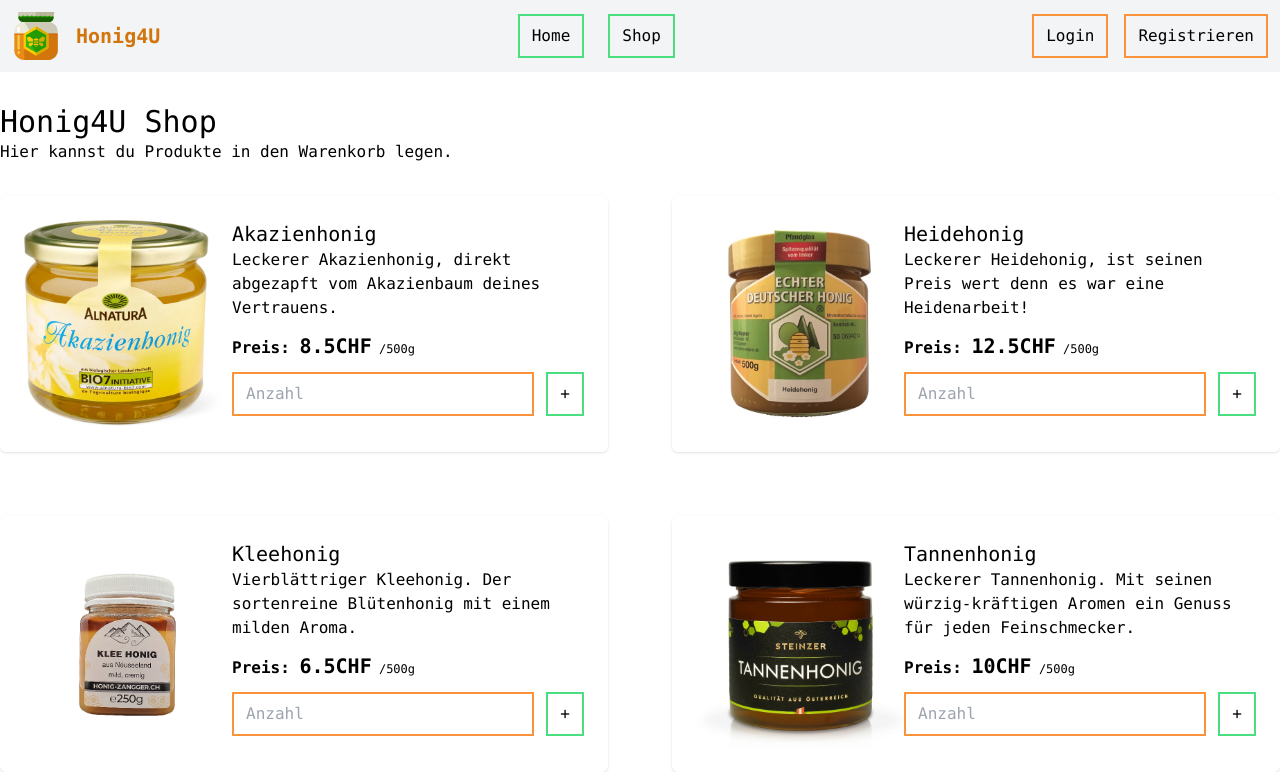
Repository: cainytheslave/PHPHonigShop
Page: http://localhost/shop.php
The author's editor kept a copy of each file at every save. The page is drawn from the files as they stood at one save, then again after the next save.
The browser window is 1280 px wide. The pictures show the whole page.
The page is run by PHP 8.4 with error messages shown; the project is at /var/www/html/. Style sheets and scripts are compiled from the project's sources, by tool versions that may differ from the author's.

Above is the page before, as saved 2022-03-11 02:10:26.

### shop.php
<?php
// Session starten
session_start();

// Produktdaten holen
$produkte = require('core/produkte.php');
$einstellungen = require('core/einstellungen.php');

// Warenkorb erstellen wenn noch nicht passiert
if (!isset($_SESSION['warenkorb'])) {
    $_SESSION['warenkorb'] = [];
}

// Lauschen ob etwas in den Warenkorb gelegt wurde
foreach ($produkte as $id => $produkt) {
    if (isset($_POST[$id])) {
        if (isset($_POST['count'])) {
            if (is_numeric($_POST['count'])) {
                $vorherigerStand = 0;
                if (isset($_SESSION['warenkorb'][$id])) {
                    $vorherigerStand = $_SESSION['warenkorb'][$id];
                }
                $_SESSION['warenkorb'][$id] = intval($_POST['count']) + $vorherigerStand;

                $success = ['Super! ' . $_POST['count'] . ' Gläser ' . $produkt['name'] . ' wurden in den Warenkorb gelegt.'];
            } else {
                $errors = ['Die Anzahl muss eine Zahl sein.'];
            }
        } else {
            $errors = ['Das Feld Anzahl muss ausgefüllt werden.'];
        }
    }
}

?>


<!DOCTYPE html>
<html lang="en">

<head>
    <meta charset="UTF-8">
    <meta http-equiv="X-UA-Compatible" content="IE=edge">
    <meta name="viewport" content="width=device-width, initial-scale=1.0">
    <title><?= $einstellungen['firma'] ?> Shop</title>

    <?php include('includes/head.inc.php') ?>
</head>

<body class="font-mono">

    <?php include('includes/header.inc.php') ?>

    <main class="px-6 mx-auto max-w-7xl lg:px-0">

        <!-- Erfolgsmeldungen -->
        <?php if (isset($success)) echo Komponente::alert(false, $success) ?>

        <!-- Fehlermeldungen -->
        <?php if (isset($errors)) echo Komponente::alert(true, $errors) ?>

        <!-- Titel -->
        <section class="my-8">
            <h1 class="text-3xl">Honig4U Shop</h1>
            <p>Hier kannst du Produkte in den Warenkorb legen.</p>
        </section>

        <!-- Produkte -->
        <section class="grid gap-8 lg:grid-cols-2 md:gap-16">
            <?php foreach ($produkte as $id => $produkt) : ?>
                <div class="flex flex-col p-6 bg-white rounded-md shadow sm:flex-row hover:scale-105">
                    <img src="images/<?= $id ?>.png" class="object-contain w-52 h-52" alt="">
                    <div>
                        <h2 class="text-xl"><?= $produkt['name'] ?></h2>
                        <p><?= $produkt['beschreibung'] ?></p>
                        <p class="mt-3 font-semibold">Preis: <span class="text-xl"><?= $produkt['preis'] ?>CHF</span><span class="text-xs font-thin"> /500g</span></p>
                        <form class="flex items-stretch gap-3 mt-3" action="" method="POST">
                            <?= Komponente::input('number', 'Anzahl', 'count') ?>
                            <?= Komponente::button('+', $id, 'green') ?>
                        </form>
                    </div>
                </div>
            <?php endforeach; ?>
        </section>

    </main>
</body>

</html>

### core/produkte.php
<?php

return [
    'akazie' => [
        'name' => 'Akazienhonig',
        'beschreibung' => 'Leckerer Akazienhonig, direkt abgezapft vom Akazienbaum deines Vertrauens.',
        'preis' => 8.5
    ],
    'heide' => [
        'name' => 'Heidehonig',
        'beschreibung' => 'Leckerer Heidehonig, ist seinen Preis wert denn es war eine Heidenarbeit!',
        'preis' => 12.5
    ],
    'klee' => [
        'name' => 'Kleehonig',
        'beschreibung' => 'Vierblättriger Kleehonig. Der sortenreine Blütenhonig mit einem milden Aroma.',
        'preis' => 6.5,
    ],
    'tannen' => [
        'name' => 'Tannenhonig',
        'beschreibung' => 'Leckerer Tannenhonig. Mit seinen würzig-kräftigen Aromen ein Genuss für jeden Feinschmecker.',
        'preis' => 10
    ]
];

### core/einstellungen.php
<?php

return [
    'firma' => 'Honig4U'
];

### includes/head.inc.php
<!-- Styling -->
<link rel="stylesheet" href="style.css">

<!-- AlpineJS (Javascript Framework für Mobiles Menu https://alpinejs.dev) -->
<script defer src="https://unpkg.com/alpinejs@3.x.x/dist/cdn.min.js"></script>

### includes/header.inc.php
<?php

require('core/Komponente.php');
$einstellungen = require('core/einstellungen.php');

?>

<!-- Header -->
<header class="w-full bg-gray-100" x-data="{open: false}">
    <!-- Desktop -->
    <div class="flex items-center justify-between px-3 py-3 mx-auto max-w-7xl">

        <!-- Logo -->
        <div class="flex items-center gap-4">
            <img src="images/logo.svg" class="w-12 h-12" alt="Logo">
            <p class="text-xl font-semibold text-honey"><?= $einstellungen['firma'] ?></p>
        </div>

        <!-- Navigation-->
        <div class="items-center hidden gap-6 sm:flex">
            <?= Komponente::link('Home', 'index.php', 'green') ?>
            <?= Komponente::link('Shop', 'shop.php', 'green') ?>
        </div>

        <!-- Warenkorb / Login -->
        <div class="flex items-center gap-4">
            <?php if (isset($_SESSION['user'])) : ?>

                <?= Komponente::link('<img src="images/basket.svg" class="w-8 h-8" alt="">', 'warenkorb.php') ?>

                <?= Komponente::link('<img src="images/logout.svg" class="w-8 h-8" alt="">', 'logout.php?to=login.php') ?>
            <?php else : ?>
                <?= Komponente::link('Login', 'login.php') ?>
                <?= Komponente::link('Registrieren', 'registrierung.php') ?>
            <?php endif; ?>
        </div>

        <!-- Mobile Trigger -->
        <img @click="open = !open" src="images/menu.svg" class="block w-10 h-10 sm:hidden" alt="">
    </div>

    <!-- Mobile Menu -->
    <div class="flex flex-col gap-3 px-3 border-t-2 sm:hidden" x-show="open" style="display:none">
        <!-- Navigation-->
        <?= Komponente::link('Home', 'index.php', 'green') ?>
        <?= Komponente::link('Shop', 'shop.php', 'green') ?>
    </div>
</header>

### core/Komponente.php
<?php

class Komponente
{

    static function link($text = "", $href = "", $border = "orange")
    {
        $classes = "text-center px-3 py-2 border-2 hover:bg-gray-200 active:scale-95 hover:scale-105 border-$border-400";
        return "<a href='$href' class='$classes'>$text</a>";
    }

    static function button($text = "", $name = "", $border = "orange")
    {
        $classes = "text-center cursor-pointer px-3 py-2 border-2 hover:bg-gray-200 active:scale-95 hover:scale-105 border-$border-400";
        return "<input type='submit' name='$name' class='$classes' value='$text' />";
    }

    static function input($type = "text", $placeholder = '', $name = '', $required = 'true')
    {
        $classes = "flex-1 text-left px-3 py-2 border-2 active:scale-95 border-orange-400";
        return "<input type='$type' name='$name' required='$required' class='$classes' placeholder='$placeholder' />";
    }

    static function alert($error = true, $data)
    {
        if (count($data) <= 0) return '';

        $str = '<section class="w-full p-4 mx-auto mt-4 bg-green-300 border-2 border-green-500 shadow-xl">';
        if ($error) $str = '<section class="w-full p-4 mx-auto mt-4 bg-red-300 border-2 border-red-500 shadow-xl">';

        foreach ($data as $entry) {
            $str .= '<p class="text-lg font-semibold">' . $entry . '</p>';
        }

        $str .= '</section>';

        return $str;
    }
}

### tailwind.config.js
module.exports = {
    content: [
        "./*.{html,js,php}",
        "./core/*.php",
        "./includes/*.php"
    ],
    theme: {
        extend: {
            colors: {
                honey: '#d3750d',
                honeylight: '#d3ab05',
                honeygreen: '#239b02'
            }
        },
    },
    safelist: [{
            pattern: /border-(orange|green|red)-400/,
        },
        {
            pattern: /border-(green|red)-500/
        },
        {
            pattern: /bg-(green|red)-300/
        },
        {
            pattern: /cursor-pointer/
        },
        {
            pattern: /w-8/
        },
        {
            pattern: /h-8/
        },
        {
            pattern: /flex-1/
        }

    ],
    plugins: [],
}

### images/logo.svg
<?xml version="1.0" encoding="iso-8859-1"?>
<!-- Generator: Adobe Illustrator 19.0.0, SVG Export Plug-In . SVG Version: 6.00 Build 0)  -->
<svg version="1.1" id="Layer_1" xmlns="http://www.w3.org/2000/svg" xmlns:xlink="http://www.w3.org/1999/xlink" x="0px" y="0px"
	 viewBox="0 0 496.8 496.8" style="enable-background:new 0 0 496.8 496.8;" xml:space="preserve">
<path style="fill:#EAE9DA;" d="M472.4,403.2c0,56-46.4,92.8-102.4,92.8H128.4c-56,0-104-44.8-104-92.8V204.8
	C24.4,149.6,70,104,125.2,104h245.6c56,0,100.8,45.6,100.8,100.8v198.4H472.4z"/>
<path style="fill:#CCCAB6;" d="M128.4,104H370c56,0,102.4,41.6,102.4,97.6v197.6c0,56-46.4,97.6-102.4,97.6"/>
<path style="fill:#EA8B18;" d="M24.4,224v174.4c0,56,46.4,97.6,102.4,97.6H370c56,0,102.4-41.6,102.4-97.6V224H24.4z"/>
<path style="fill:#D3750D;" d="M128.4,496H370c56,0,102.4-41.6,102.4-97.6v-172L126,224.8"/>
<path style="fill:#F7CA4D;" d="M80.4,376.8c0,6.4-5.6,12-12,12l0,0c-6.4,0-12-5.6-12-12V247.2c0-6.4,5.6-12,12-12l0,0
	c6.4,0,12,5.6,12,12V376.8z"/>
<path style="fill:#FFFFFF;" d="M80.4,201.6c0,6.4-5.6,12-12,12l0,0c-6.4,0-12-5.6-12-12v-38.4c0-5.6,5.6-11.2,12-11.2l0,0
	c6.4,0,12,5.6,12,12V201.6z"/>
<path style="fill:#F7CA4D;" d="M80.4,423.2c0,6.4-5.6,12-12,12l0,0c-6.4,0-12-5.6-12-12v-8c0-6.4,5.6-12,12-12l0,0
	c6.4,0,12,5.6,12,12V423.2z"/>
<path style="fill:#239B02;" d="M430.8,52c0,26.4-21.6,52-48,52H114c-26.4,0-48-25.6-48-52l0,0c0-26.4,21.6-52,48-52h268
	C409.2,0,430.8,25.6,430.8,52L430.8,52z"/>
<path style="fill:#1A6000;" d="M430.8,53.6L430.8,53.6c0,26.4-21.6,50.4-48,50.4H114c-26.4,0-48-22.4-48-48.8l0,0"/>
<path style="fill:#CCCAB6;" d="M437.2,12c0-8-6.4-12-13.6-12H73.2c-8,0-13.6,4-13.6,12c0,4.8,2.4,8,5.6,10.4
	c2.4,13.6,14.4,23.2,28,23.2c8.8,0,16.8-4.8,22.4-11.2c5.6,6.4,12.8,10.4,22.4,10.4c8.8,0,16.8-4,22.4-10.4
	c5.6,6.4,12.8,10.4,22.4,10.4c8.8,0,16.8-4,22.4-10.4c5.6,6.4,12.8,10.4,22.4,10.4s16.8-4,22.4-10.4c5.6,6.4,12.8,10.4,22.4,10.4
	c9.6,0,16.8-4,22.4-10.4c5.6,6.4,12.8,10.4,22.4,10.4c8.8,0,16.8-4,22.4-10.4c5.6,6.4,12.8,10.4,22.4,10.4c8.8,0,16.8-4,22.4-10.4
	c5.6,6.4,12.8,10.4,22.4,10.4c14.4,0,25.6-9.6,28-23.2C434.8,20,437.2,16.8,437.2,12z"/>
<path style="fill:#BAB699;" d="M423.6,0H248.4v35.2c0,0,0-0.8,0.8-0.8c5.6,6.4,12.8,10.4,21.6,10.4c8.8,0,16.8-4,22.4-10.4
	c5.6,6.4,12.8,10.4,22.4,10.4c8.8,0,16.8-4,22.4-10.4c5.6,6.4,12.8,10.4,22.4,10.4c8.8,0,16.8-4,22.4-10.4
	c5.6,6.4,12.8,10.4,22.4,10.4c14.4,0,25.6-10.4,28-24c3.2-2.4,5.6-4.8,5.6-9.6C437.2,4,430.8,0,423.6,0z"/>
<rect x="24.4" y="224" style="fill:#C65E00;" width="448" height="8"/>
<polygon style="fill:#F9CA06;" points="376.4,376 248.4,452 120.4,376 120.4,224 248.4,147.2 376.4,224 "/>
<polyline style="fill:#D3AB05;" points="248.4,147.2 376.4,224 376.4,376 248.4,452 "/>
<polygon style="fill:#34B515;" points="352.4,359.2 248.4,418.4 144.4,359.2 144.4,240.8 248.4,180.8 352.4,240.8 "/>
<polyline style="fill:#239B02;" points="144.4,240.8 249.2,180.8 352.4,240.8 352.4,359.2 248.4,418.4 "/>
<g>
	<polygon style="fill:#F9CA06;" points="224.4,328 224.4,339.2 226,344 270.8,344 272.4,339.2 272.4,328 	"/>
	<polygon style="fill:#F9CA06;" points="272.4,296 272.4,283.2 248.4,272 224.4,283.2 224.4,296 	"/>
</g>
<g>
	<rect x="224.4" y="304" style="fill:#D3AB05;" width="48" height="16"/>
	<polygon style="fill:#D3AB05;" points="236.4,352 248.4,363.2 260.4,352 	"/>
</g>
<g>
	<polygon style="fill:#F9CA06;" points="216.4,280 216.4,308.8 166.8,305.6 153.2,265.6 179.6,253.6 	"/>
	<polygon style="fill:#F9CA06;" points="216.4,336.8 216.4,316 180.4,318.4 170.8,347.2 190,356 	"/>
</g>
<g>
	<polygon style="fill:#D3AB05;" points="280.4,280 280.4,308.8 330,305.6 343.6,265.6 317.2,253.6 	"/>
	<polygon style="fill:#D3AB05;" points="280.4,336.8 280.4,316 316.4,318.4 326,347.2 306.8,356 	"/>
</g>
<g>
</g>
<g>
</g>
<g>
</g>
<g>
</g>
<g>
</g>
<g>
</g>
<g>
</g>
<g>
</g>
<g>
</g>
<g>
</g>
<g>
</g>
<g>
</g>
<g>
</g>
<g>
</g>
<g>
</g>
</svg>

### images/menu.svg
<svg width="512px" height="512px" viewBox="0 0 512 512" xmlns="http://www.w3.org/2000/svg"><path fill="#000" d="M32 96v64h448V96H32zm0 128v64h448v-64H32zm0 128v64h448v-64H32z"/></svg>

Loaded but not shown: tailwind.css (common file)

After the next save:
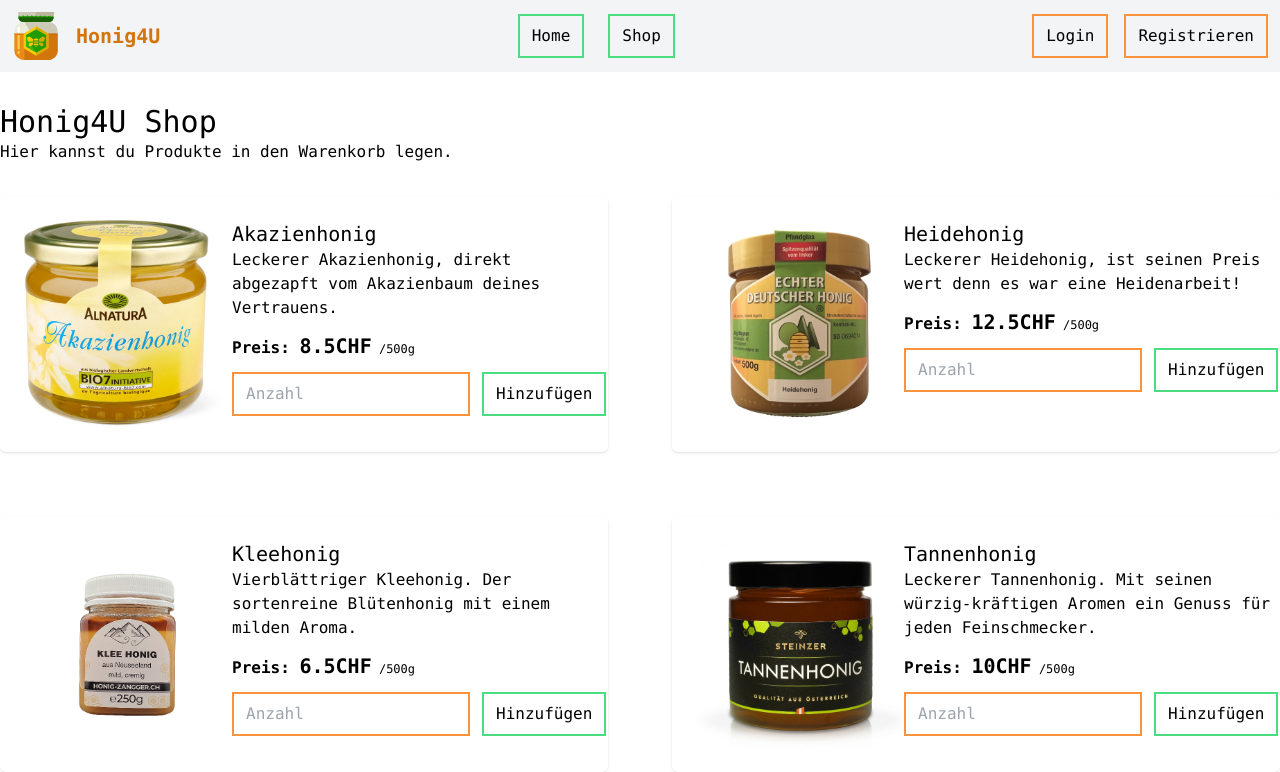
Saved 21 s later.
--- a/shop.php
+++ b/shop.php
@@ -76,7 +76,7 @@
                         <p class="mt-3 font-semibold">Preis: <span class="text-xl"><?= $produkt['preis'] ?>CHF</span><span class="text-xs font-thin"> /500g</span></p>
                         <form class="flex items-stretch gap-3 mt-3" action="" method="POST">
                             <?= Komponente::input('number', 'Anzahl', 'count') ?>
-                            <?= Komponente::button('+', $id, 'green') ?>
+                            <?= Komponente::button('Hinzufügen', $id, 'green') ?>
                         </form>
                     </div>
                 </div>
